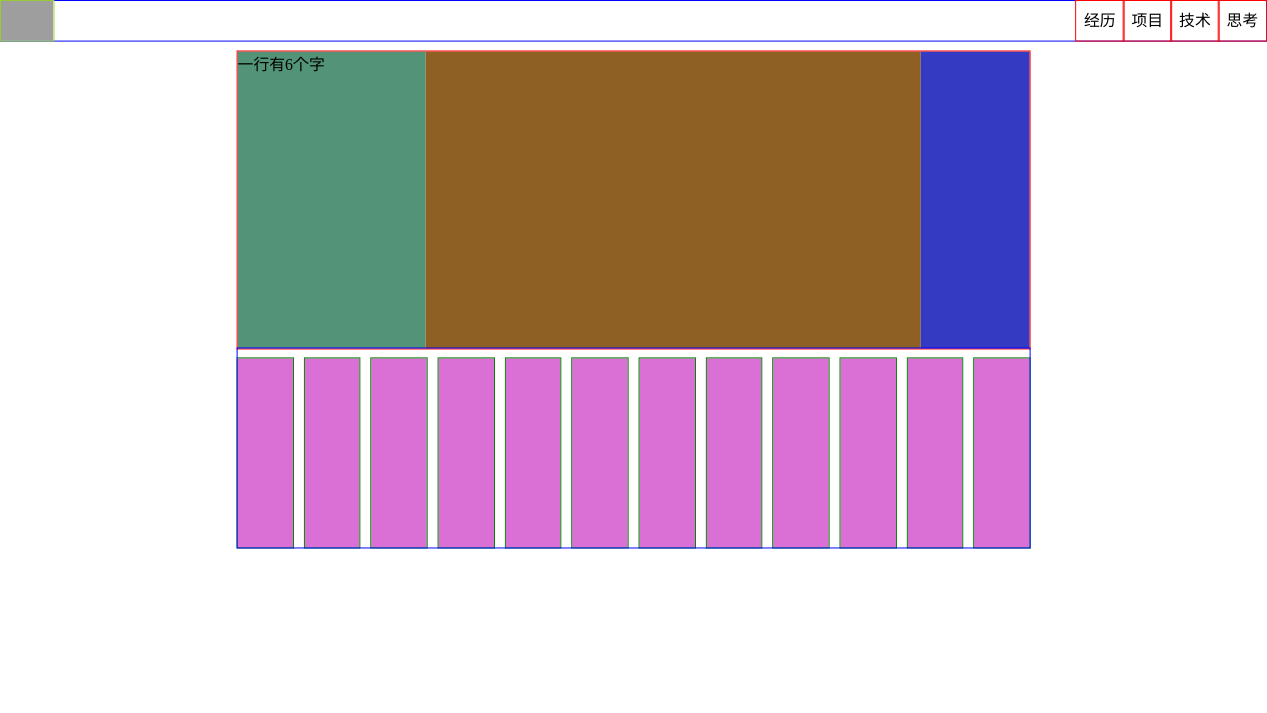
Repository: Lixianlai-2/Css-practice
Page: flex布局/index.html
These files come from the project's save history. The page is drawn as it stood at one moment and after the next save; the edit follows.
The browser window is 1280 px wide. The pictures show the whole page, at 99% of full size.
Pictures or frames that could not be fetched are drawn as grey boxes.

Above is the page before, as saved 2021-12-04 11:08:19.

After the next save:
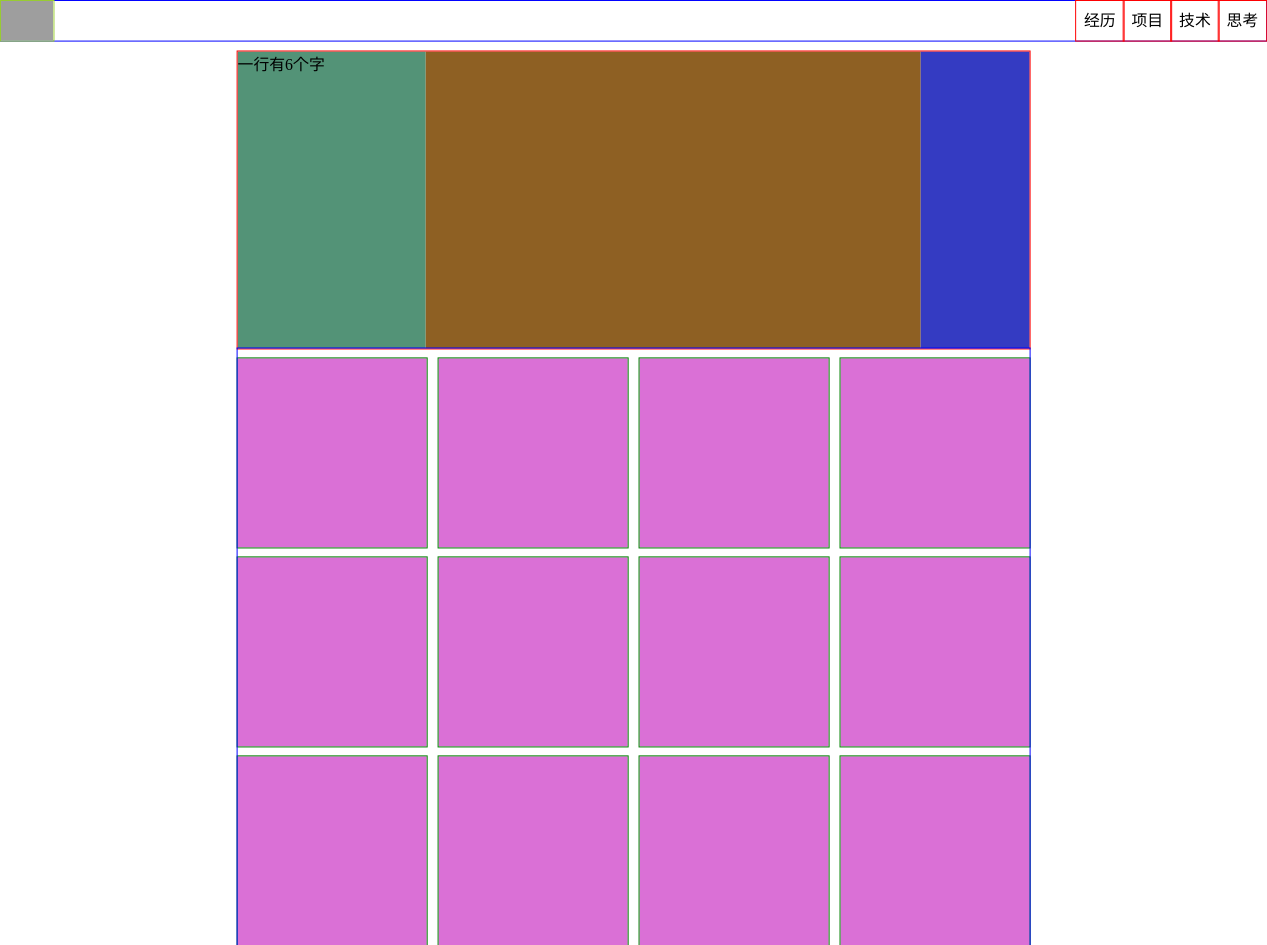
Saved 9 s later.
--- a/flex布局/style.css
+++ b/flex布局/style.css
@@ -92,7 +92,7 @@ ul {
 .image {
   outline: 1px solid green;
   background-color: orchid;
-  flex-wrap: wrap;
+
   width: 191px;
   height: 191px;
   margin-top: 10px;
@@ -101,5 +101,6 @@ ul {
 
 .x {
   display: flex;
+  flex-wrap: wrap;
   margin-right: -12px;
 }
